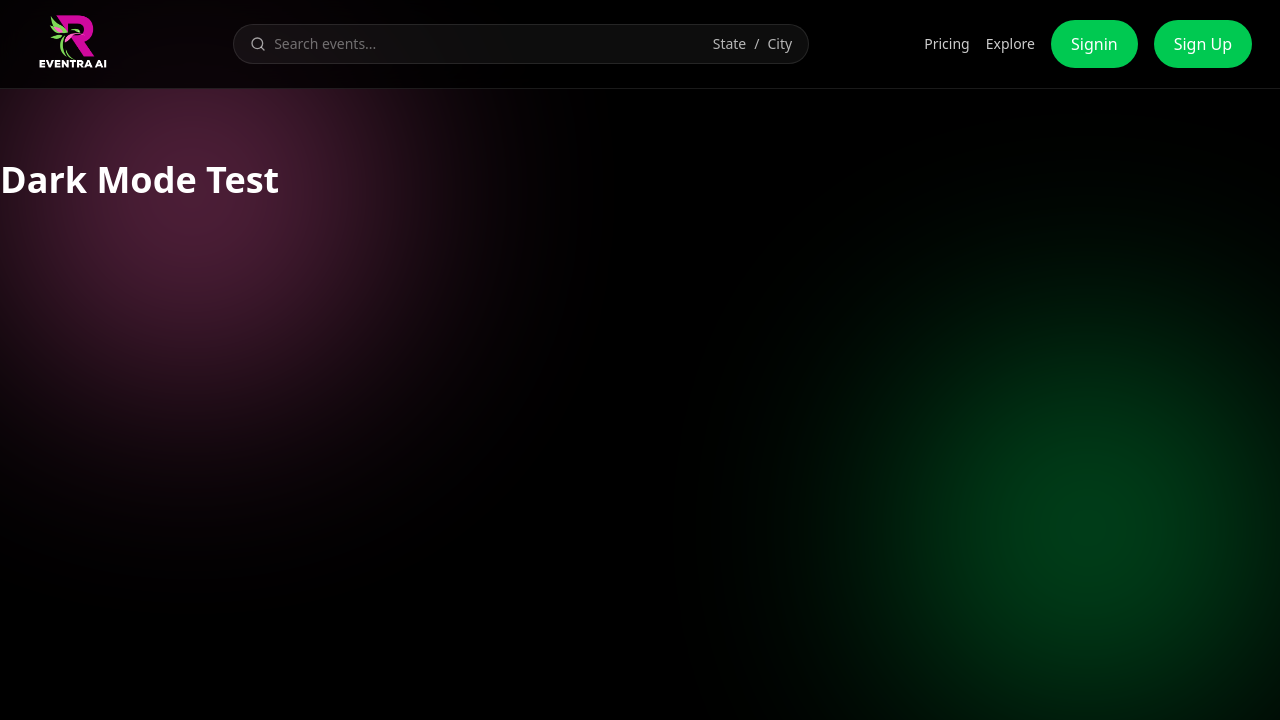
Repository: walaa-horani/AIEventNext.jsLinkedIn
Page: /
These files come from the project's save history. The page is drawn as it stood at one moment and after the next save; the edit follows.
The browser window is 1280 px wide. The pictures show the whole page.
The page's requests for data from a server got no answer. The project was rebuilt for these pictures with package versions that can differ from the ones it lists, and the page was loaded fresh each time. Some packages were replaced by stand-ins written for this rebuild. The framework's server and built-in components were replaced by stand-ins that run in the browser. No one was signed in, and anything a server would have sent is missing. Also part of the build but not shown: next.config.ts.

Above is the page before, as saved 2025-12-13 14:48:00.

After the next save:
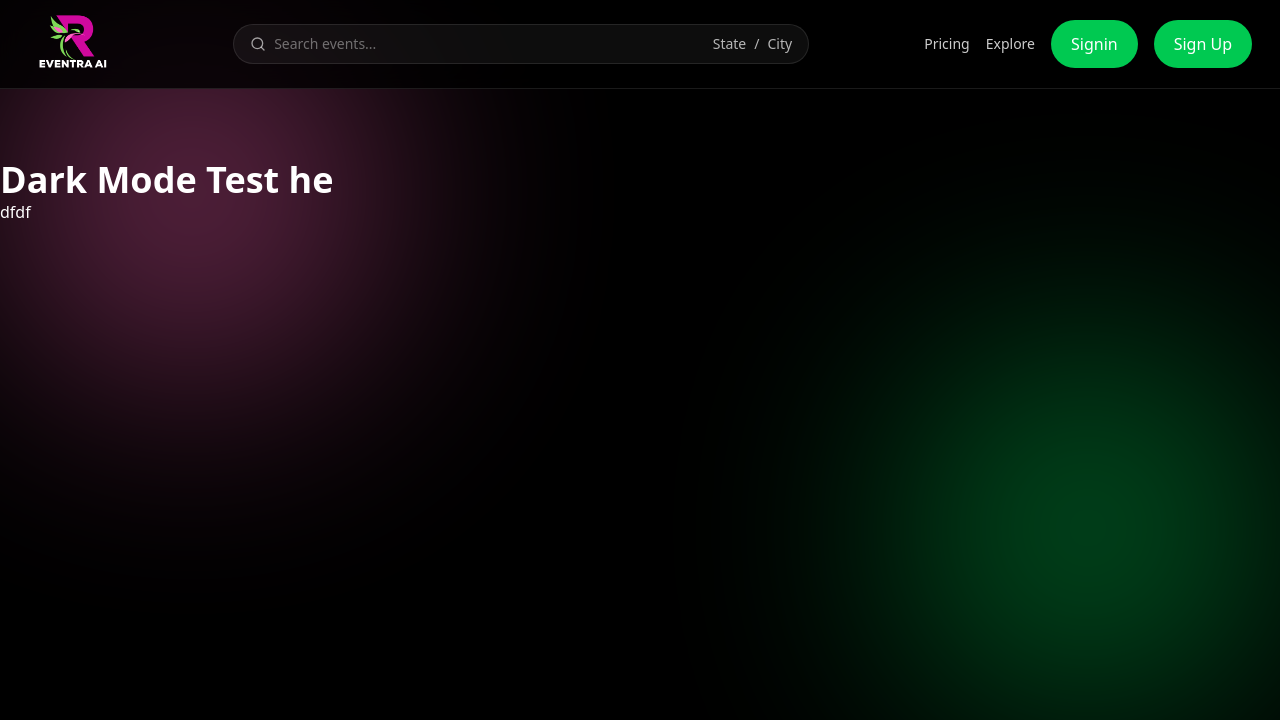
Saved 5 h 29 min later.
--- a/app/page.tsx
+++ b/app/page.tsx
@@ -2,8 +2,9 @@
   return (
     <div className="">
       <h1 className="text-4xl font-bold">
-        Dark Mode Test
+        Dark Mode Test he
       </h1>
+      <h2>dfdf</h2>
     </div>
   );
 }

After the 2 saves that followed:
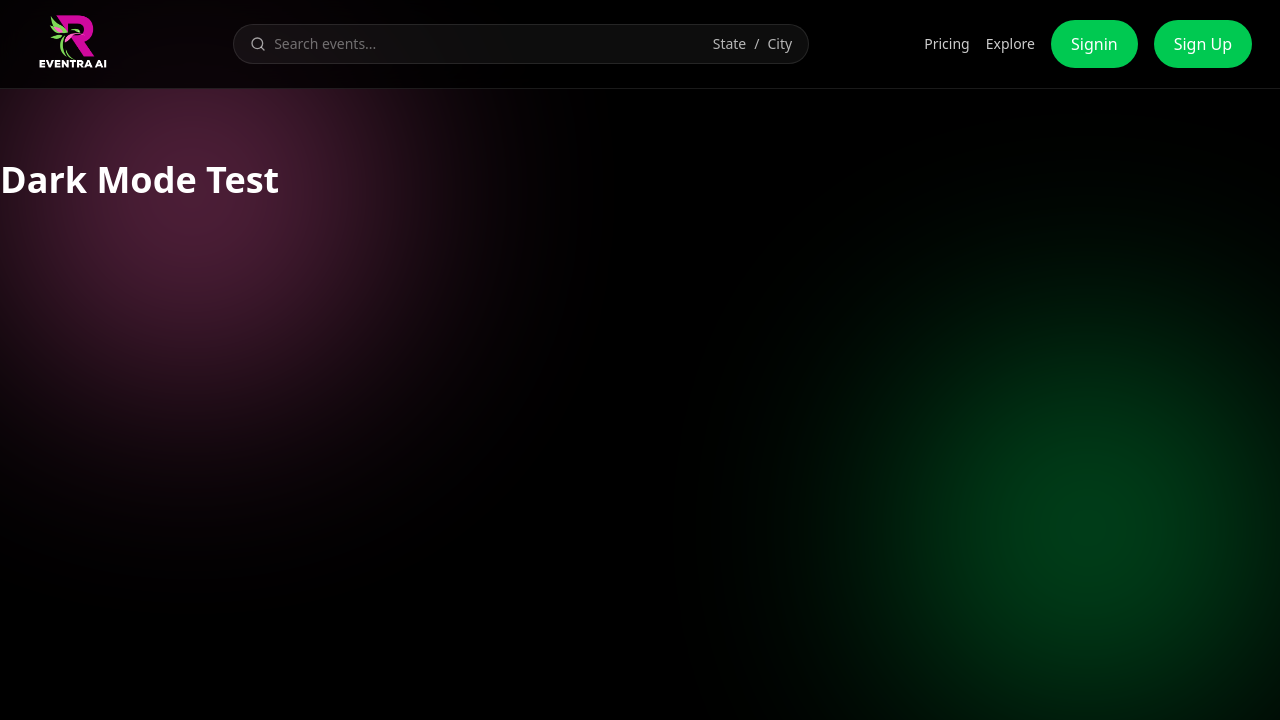
The 2 saves are shown as one change because 1 left the picture as it was.
The last was saved 49 s later.
--- a/app/page.tsx
+++ b/app/page.tsx
@@ -2,9 +2,8 @@
   return (
     <div className="">
       <h1 className="text-4xl font-bold">
-        Dark Mode Test he
+        Dark Mode Test
       </h1>
-      <h2>dfdf</h2>
     </div>
   );
 }
